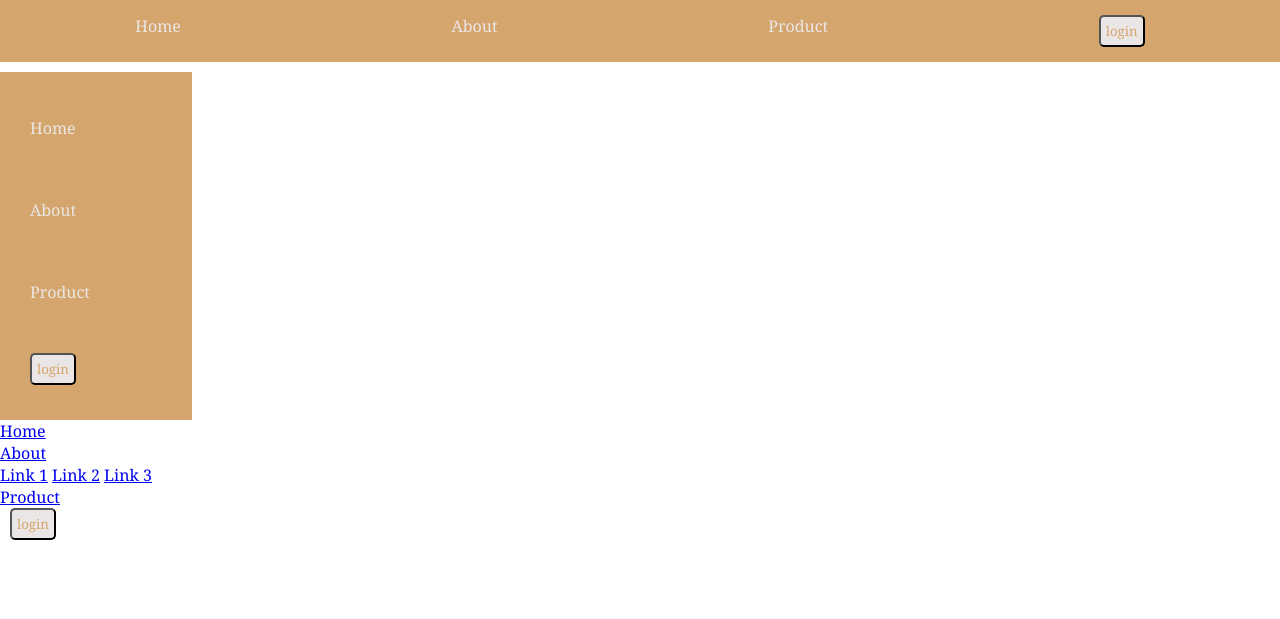
Repository: anjalipatel-dev/web-dev-learning-journey
Page: 03_html_css_ui_pages/03_navbar/index.html
An editor plug-in stored every save of this project. The page is shown before and after the next save, followed by the edit.
The browser window is 1280 px wide. The pictures show the whole page.

Above is the page before, as saved 2025-10-10 05:43:22.

### 03_html_css_ui_pages/03_navbar/index.html
<!DOCTYPE html>
<html lang="en">
<head>
    <meta charset="UTF-8">
    <meta name="viewport" content="width=device-width, initial-scale=1.0">
    <title>Navbar1</title>
    <link rel="stylesheet" href="styles.css">
</head>
<body>
    <nav class ="navbar1">
        <ul>
            <li><a href="#">Home</a></li>
            <li><a href="#">About</a></li>
            <li><a href="#">Product</a></li>
            <li><button class="login-btn1">login</button></li>
        </ul>
    </nav>
     <nav class ="navbar2">
        <ul>
            <li><a href="#">Home</a></li>
            <li><a href="#">About</a></li>
            <li><a href="#">Product</a></li>
            <li><button class="login-btn2">login</button></li>
        </ul>
    </nav>
    <nav class ="navbar3">
        <ul>
            <li><a href="#">Home</a></li>
            <li><a class ="dropdown" href="#">About</a>
                <div class="dropdown-content">
                    <a href="#">Link 1</a>
                    <a href="#">Link 2</a>
                    <a href="#">Link 3</a>
                </div>
            </li>
            <li><a href="#">Product</a></li>
            <li><button class="login-btn2">login</button></li>
        </ul>
    </nav>


</body>
</html>

### 03_html_css_ui_pages/03_navbar/styles.css
*{
    margin: 0;
    padding: 0;
    box-sizing: border-box;
    font-family:Georgia, 'Times New Roman', Times, serif
}
.navbar1{
    background-color: rgb(212, 165, 108);
    padding: 15px 0;
}
.navbar1 ul{
    list-style-type: none;
    text-decoration: none;
    display: flex;
    justify-content: space-around;

}
.navbar1 ul li a{
    text-decoration: none;
    color: rgb(235, 230, 230);
}
.navbar1 a::after{
    content: '';
    display: block;
    height: 3px;
    width: 100%;
    background-color: rgb(227, 60, 13);
    transform: scaleX(0);
    transition: transform 500ms ease-in-out;
    transform-origin:center;
}
.navbar1 a:hover::after{
    transform: scaleX(1);
}
.login-btn1{
    background-color: rgb(235, 230, 230);
    color: rgb(212, 165, 108);
    padding: 5px;
    border-radius: 5px;
    text-decoration: none;
    cursor: pointer;
}
.login-btn1:hover{
    background-color: rgb(227, 60, 13);
    color: rgb(235, 230, 230);
    font-weight: bold;
}
.navbar2{
    background-color: rgb(212, 165, 108);
    padding: 15px 0;
    margin-top: 10px;
    width: 15%;

}
.navbar2 ul{
    list-style-type: none;


}
.navbar2 ul li{
    padding: 20px;
}
.navbar2 a{
    text-decoration: none;
    color: rgb(235, 230, 230);
    display: block;
    padding: 10px;
    border-radius: 5px;
}
.navbar2 a:hover{
    background-color: rgb(218, 87, 51);
    font-weight: bold;

}
.login-btn2{
    background-color: rgb(235, 230, 230);
    color: rgb(212, 165, 108);
    padding: 5px;
    border-radius: 5px;
    text-decoration: none;
    cursor: pointer;
    margin: 0 10px;

}
.login-btn2:hover{
    background-color: rgb(227, 60, 13);
    color: rgb(235, 230, 230);
    font-weight: bold;
}

After the next save:
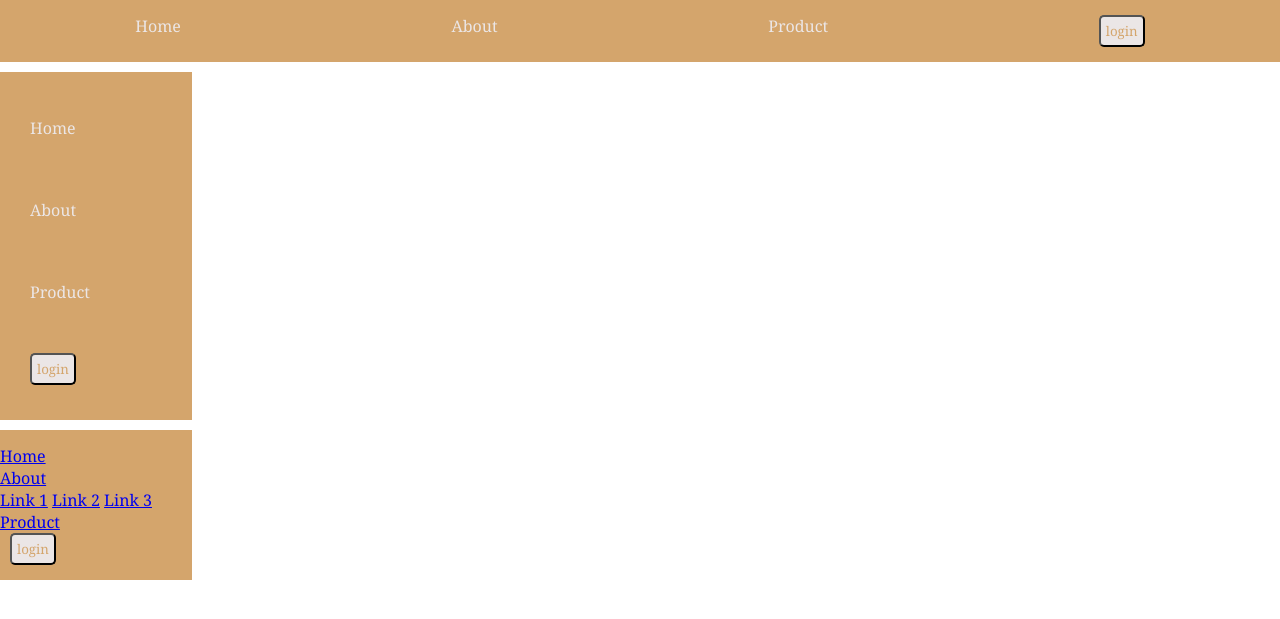
Saved 95 s later.
--- a/03_html_css_ui_pages/03_navbar/styles.css
+++ b/03_html_css_ui_pages/03_navbar/styles.css
@@ -87,3 +87,11 @@
     color: rgb(235, 230, 230);
     font-weight: bold;
 }
+.navbar3{
+    background-color: rgb(212, 165, 108);
+    padding: 15px 0;
+    margin-top: 10px;
+    width: 15%;
+    display: flex;
+
+}
